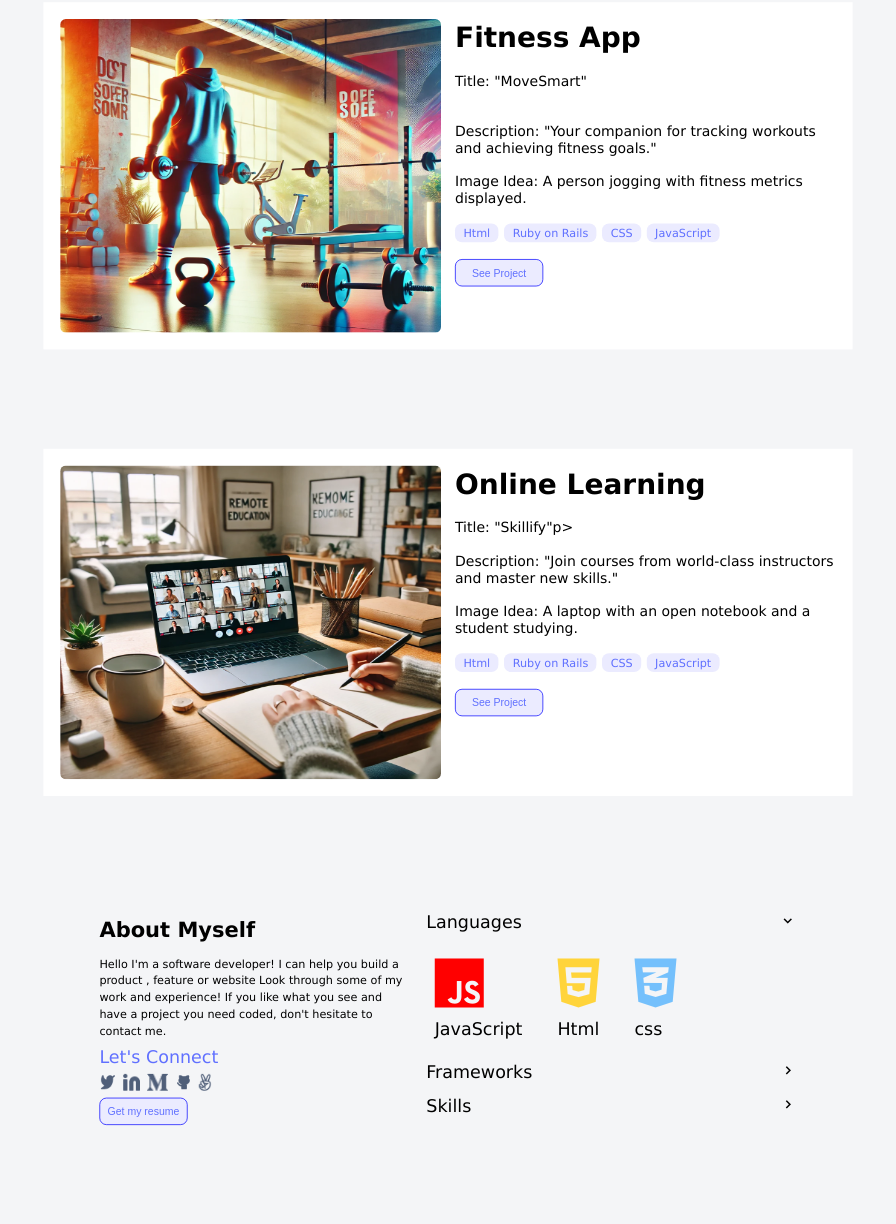
Repository: usman3123/portfolio-template-3
Page: portfolio.html
The author's editor kept a copy of each file at every save. The page is drawn from the files as they stood at one save, then again after the next save.
The browser window is 1280 px wide. The pictures show the part of the page from y = 2143 to 4063 px (the page is 3892 px tall before and 4063 px after), at 70% of full size.
Some web libraries are served in a nearby version.

Above is the page before, as saved 2025-01-27 11:06:06.
Not found: index.js

### portfolio.html
<!DOCTYPE html>
<html lang="en">
<head>
  <meta charset="UTF-8">
  <meta name="viewport" content="width=device-width, initial-scale=1.0">
  <title>project 2</title>
  <link rel="stylesheet" href="style.css">
  <link href='https://unpkg.com/boxicons@2.1.4/css/boxicons.min.css' rel='stylesheet'>
  <link rel="stylesheet" href="https://cdnjs.cloudflare.com/ajax/libs/font-awesome/6.6.0/css/all.min.css" integrity="sha512-Kc323vGBEqzTmouAECnVceyQqyqdsSiqLQISBL29aUW4U/M7pSPA/gEUZQqv1cwx4OnYxTxve5UMg5GT6L4JJg==" crossorigin="anonymous" referrerpolicy="no-referrer" />
  <link rel="stylesheet" href="https://cdnjs.cloudflare.com/ajax/libs/font-awesome/6.6.0/css/all.min.css" integrity="sha512-Kc323vGBEqzTmouAECnVceyQqyqdsSiqLQISBL29aUW4U/M7pSPA/gEUZQqv1cwx4OnYxTxve5UMg5GT6L4JJg==" crossorigin="anonymous" referrerpolicy="no-referrer" />

  <link rel="stylesheet" href="https://cdnjs.cloudflare.com/ajax/libs/font-awesome/6.7.2/css/all.min.css">
  <link rel="preconnect" href="https://fonts.googleapis.com">
<link rel="preconnect" href="https://fonts.gstatic.com" crossorigin>
<link href="https://fonts.googleapis.com/css2?family=Poppins:ital,wght@0,100;0,200;0,300;0,400;0,500;0,600;0,700;0,800;0,900;1,100;1,200;1,300;1,400;1,500;1,600;1,700;1,800;1,900&display=swap" rel="stylesheet">
</head>

<body>
<section class="webpage">
  <!-- Navbar -->

 <div class="hero-page">
  <div class="header-div">
    <nav class="nav-bar flex">
        <h4 class="nav-heading">My Logo</h4>
        <div class="nav-links flex">
            <a href="#myportfolio" class="link">Portfolo</a>
            <a href="myabout" class="link">About</a>
            <a href="mycontact" class="link" >Contact</a>
        </div>
        <i class="fa-solid fa-light fa-bars fa-xl " id="nav-icon"></i>
    </nav>
</div>

  <!-- Main Content -->
  <section id="myportfolio" class="hero-section flex">
    <div class="hero-content flex">
        <h1 class="hero-head"> I'm USMAN!
          Glad to see you.
      </h1>
      <p class="hero-p">
         I'm a software developer! I can help you build a product , feature or website Look through  some of my work and experience! If you like what you see and have a project you need coded, don’t hesitate to contact me.
      </p>
     <p class="let-connect"> LET'S CONNECT</p>

      <div class="icons flex">
          <img src="/assets/twitter.png" class="media-icon">
          <img src="assets/Linkedin.png" class="media-icon">
          <img src="assets/M.png" class="media-icon">
          <img src="assets/Github.png" class="media-icon">
          <img src="assets/V.png" class="media-icon">
      </div>
    </div>
  </section>

 </div>
  <!-- Cards Section -->

  <section class="cards flex">
    <div class="card flex">
      <img class="card-img" src="/assets/card-1img.webp" alt="CARD_!_IMG">
      <div class="card-content flex">
        <h2 class="card-head">Technology Blog</h2>
        <p class="content-p">Title: "Innovating the Future"</p>
        <p class="content-sp">Description: "Explore groundbreaking advancements in AI and robotics shaping tomorrow."</p>
        <p class="content-p">Image Idea: A futuristic image showing AI robots collaborating with humans.</p>
        <div class="languages flex">
          <p class="lang">Html</p>
          <p class="lang">CSS</p>
          <p class="lang">JavaScript</p>
        </div>
        <button class="content-btn">See Project</button>
      </div>
    </div>
    <div class="card flex">
      <img class="card-img" src="/assets/card-2img.webp" alt="CARD_!_IMG">
      <div class="card-content flex">
        <h2 id="photo-head">Photography Portfolio</h2>
        <p class="content-p">Title: "Lens Stories"<p>
        <p class="content-sp">Description: "A collection of awe-inspiring moments captured around the globe."</p>
        <p class="content-p">Image Idea: A scenic view of mountains or a person with a camera.
        </p>
        <div class="languages flex">
          <p class="lang">Html</p>
          <p class="lang">Ruby on Rails</p>
          <p class="lang">CSS</p>
          <p class="lang">JavaScript</p>
        </div>
        <button class="content-btn">See Project</button>
      </div>
    </div>
    <div class="card flex">
      <img class="card-img" src="/assets/card-3img.webp" alt="CARD_!_IMG">
      <div class="card-content flex">
        <h2 class="card-head">Fitness App</h2>
        <p class="content-p">Title: "MoveSmart"<p>
        <p class="content-sp">Description: "Your companion for tracking workouts and achieving fitness goals."</p>
        <p class="content-p">Image Idea: A person jogging with fitness metrics displayed.</p>
        <div class="languages flex">
          <p class="lang">Html</p>
          <p class="lang">Ruby on Rails</p>
          <p class="lang">CSS</p>
          <p class="lang">JavaScript</p>
        </div>
        <button class="content-btn">See Project</button>
      </div>
    </div>
    <div class="card flex">
      <img class="card-img" src="/assets/card-4img.webp" alt="CARD_!_IMG">
      <div class="card-content flex">
        <h2 class="card-head">Online Learning</h2>
        <p class="content-p">Title: "Skillify"p>
        <p class="content-sp">Description: "Join courses from world-class instructors and master new skills."</p>
        <p class="content-p">Image Idea: A laptop with an open notebook and a student studying.</p>
        <div class="languages flex">
          <p class="lang">Html</p>
          <p class="lang">Ruby on Rails</p>
          <p class="lang">CSS</p>
          <p class="lang">JavaScript</p>
        </div>
        <button class="content-btn">See Project</button>
      </div>
    </div>
  </section>


   <!-- ABOUT MYSELF -->

   <section id="myabout" class="about flex">

    <div class="about-intro flex">
      <h1 class="about-head">About Myself</h1>
      <p class="about-paragraph">Hello I'm a software developer! I can help you build a product , feature or website Look through some of my work and experience! If you like what you see and have a project you need coded, don't hesitate to contact me.</p>
        <p class="connect">Let's Connect</p>
        <div class="icons flex icon-gap">
          <img src="assets/twitter.png" class="twitter">
          <img src="assets/Linkedin.png" class="inimage">
          <img src="assets/M.png" class="mimage">
          <img src="assets/Github.png" class="tomimage">
          <img src="assets/V.png" class="protocol">
      </div>
      <button class="content-btn rsm-btn"> Get my resume</button>
    </div>

    <div class="about-skills flex">
      <div class="about-all flex">
        <p>Languages</p>
        <i class='bx bx-chevron-down'></i>
      </div>
      <div class="about-lang flex">
        <div class="about-lang-img flex">
          <i class="fa-brands fa-js sty-i" style="color: #ff0000;"></i>
          <p>JavaScript</p>
        </div>
        <div class="about-lang-img flex">
          <i class="fa-brands fa-html5 sty-i" style="color: #FFD43B;"></i>
          <p>Html</p>

        </div>
        <div class="about-lang-img flex">
          <i class="fa-brands fa-css3-alt sty-i" style="color: #74C0FC;"></i>
          <p>css</p>
        </div>
      </div>
      <div class="about-all flex">
        <p> Frameworks</p>
        <i class='bx bx-chevron-right'></i>
      </div>
      <div class="about-all flex">
        <p>Skills</p>
        <i class='bx bx-chevron-right'></i>
        </div>
        </div>
  </section>
        <!-- <div class="contact-section flex">
            <h4 class="contact-paragraph">I'm always interested in hearing about new projects, so if you'd like to chat please get in touch.</h4>
            <form action="submit-form" class="contact-form flex">
                <div class="names flex">
                    <input type="text" placeholder="Full name" class="first-name">
                    <input type="text" placeholder="last name" class="last-name">
      </div>
        <div class="contact-section flex">
            <h4 class="contact-paragraph">I'm always interested in hearing about new projects, so if you'd like to chat please get in touch.</h4>
            <form action="submit-form" class="contact-form flex">
                <div class="names flex">
                    <input type="text" placeholder="Full name" class="first-name">
                    <input type="text" placeholder="last name" class="last-name">
    </div>  -->

  <!-- Contact section -->

  <!-- <section id="mycontact" class="contact-section">
    <h1 class="contact-heading">Contact Me</h1>
    <p class="contact-description">
        If you have an application you are interested in developing, a feature that you need built, or a project that needs coding, I'd love to help with it!
    </p>
    <form class="contact-form">
        <input class="form-input" type="text" placeholder="Your Name">
        <input class="form-input" type="email" placeholder="Your Email">
        <textarea class="form-message" placeholder="Write your message here..."></textarea>
        <button class="form-button">Get in Touch</button>
    </form>

</section>

</main> -->
</section>

<script src="index.js"></script>
</body>
</html>

### style.css
*{
    margin: 0;
    padding: 0;
    box-sizing: border-box;
}

body {
    font-family: Verdana, Geneva, Tahoma, sans-serif;
    background-color: #f4f5f7;
    justify-content: center;
    display: flex
;
}

.flex {
    display: flex;
}

/* nav-bar */

.header-div {
    background-color: #3c3a39;
    width: 100%;
}

.nav-bar {
    justify-content: space-between;
    color: white;
    max-width: 1204px;
    align-items: center;
    padding: 10px 24px;
}

.nav-heading {
    font-size: 30px;
    padding-left: 120px;
}

.nav-links {
    gap: 40px;
    align-items: center;
    font-size: 25px;
    display: none;
}
.nav-icon {
    display: flex;
    width: 24px;
}


/* hero-section */

.hero-page {
    background-color: white;
    border-bottom-left-radius: 190px;
    background-image: url(/assets/Header\ bg@2x.png);
    background-size: contain;
    max-height: 846px;
    background-position: center;
    background-repeat: no-repeat;
    max-width: 1440px;
}
.hero-section {
    height: 846px;
    align-items: center;
    justify-content: center;
    padding-left: 20%;
}
.hero-content {
    flex-direction: column;
    gap: 20px;
}
.hero-head {
    font-size: 48px;
    font-weight: 700;
    width: 35%;
}

.hero-p {
    font-size: 25px;
    line-height: 28px;
    color: #344563;

    width: 73%;
}

.let-connect {
    color: #1d32f7;
    font-size: 20px;
    font-weight: 500;
    line-height: 24px;
}

.media-icon {
    height: 35px;
}

.icons {
    gap: 10px;
}

.nav-head {
    max-width: 1440px;
    width: 100%;
}
.enable {
    color: blue;
}
.link {
    color: white;
    text-decoration: none;
}

/* card-section */

.cards {
    flex-direction: column;
    align-items: center;
    gap:142px;
    padding: 24px;
}
.card {
    background-color: white;
    max-width: 1156px;
    max-height: 496px;
    width: 100%;
    padding: 24px;
    gap: 20px;
}
.card-img {
    max-width: 544px;
    width: 50%;
    border-radius:8px ;
}

.card-content {
    flex-direction: column;
    gap: 24px;
}

.card-head {
    font-size: 40px;
    font-weight: 700;
    line-height: 52px;
}
#photo-content {
    font-size: 40px;
    font-weight: 700;
    line-height: 52px;
}
.content-p {
    font-size: 20px;
    font-weight: 400;
    line-height: 24px;
}
.content-sp {
    font-size: 20px;
    font-weight: 400;
    line-height: 24px;
}

.languages {
    gap: 8px;
    align-items: center;
}

.lang {
    padding: 4px 12px;
    color: #6070ff;
    background-color: #ebebff;
    border-radius: 10px;
}

.content-btn {
    max-width: 126px;
    width: 100%;
    padding: 4px 12px;
    color: #6070ff;
    background-color: #ebebff;
    border-radius: 10px;
    padding: 10px;
    border: 1px solid blue;
    font-size: 15px;
}

/* about-section */

.about {
    padding: 142px;
    gap: 20px;
}

.about-intro {
    flex-direction: column;
    max-width: 447px;
    max-height: 311px;
    gap: 10px;
}

.about-head {
    font-size: 30px;
    font-weight: 700;
    line-height: 52px;
}
.about-paragraph {
    font-size: 16px;
    line-height: 24px;
}
.connect {
    color: #6070ff;
    font-size: 25px;
}

.about-skills {
    max-width: 684px;
    flex-direction: column;
    width: 100%;
    gap: 20px;
}

.about-all {
    justify-content: space-between;
    font-size: 25px;
}
.about-lang {
    gap: 50px;
    padding: 12px;
}
.about-lang-img {
    flex-direction: column;
    gap: 12px;
}
.sty-i {
    font-size: 80px;
}
.about-lang-img > p {
    font-size: 25px;
}









@media (max-width : 1100px) {
    .hero-head {
        width: 53%;
    }
    .card-head {
        font-size: 2rem;
    }
    #photo-head {
        font-size: 27px;
    }
    .content-p {
        font-size: 15px;
    }
    .content-sp {
        font-size: 15px;
        display: none;
    }
    .card-content {
        gap: 20px;
    }

}
@media (max-width :870px) {
    .card {
        flex-direction: column;
        max-height: 552px;
        padding: 16px;
    }
    .card {
        max-width: 327px;
    }
    .about {
        flex-direction: column;
    }

}
@media (max-width : 870px) {
    .hero-head {
        width: 100%;
    }
    .hero-section {
        padding: 24px;
    }
    .hero-p {
        width: 100%;
    }
    .card-img {
        width: 100%;
        height: 18vh;
    }
    .card-content {
        gap: 2px;
    }
}
@media (min-width : 700px) {
    .nav-links {
        display: flex;
    }
    #nav-icon {
        display: none;
    }

}
@media (min-width : 1441px) {
    .card-content {
        gap: 30px;
    }
}

After the next save:
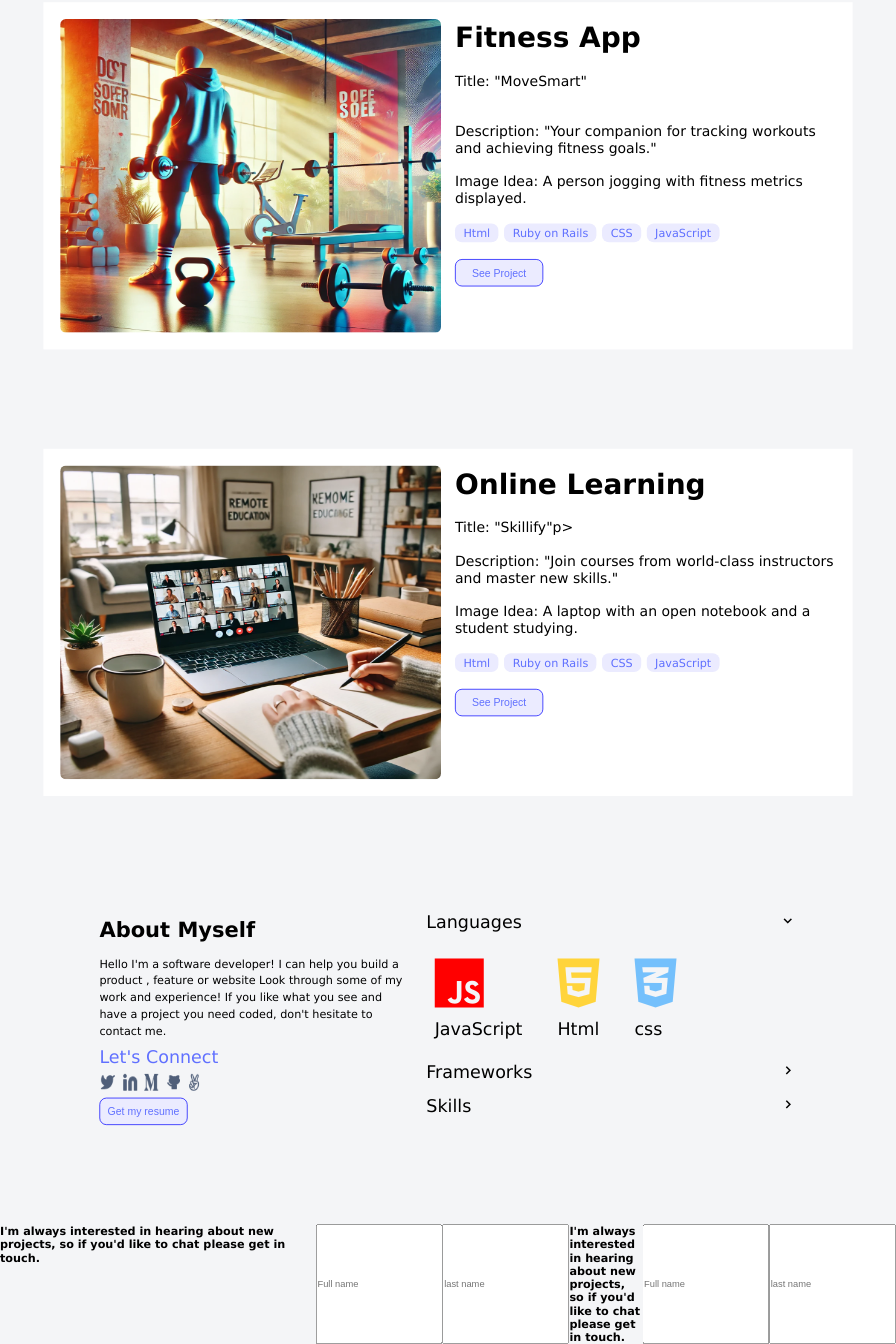
Saved 45 s later.
--- a/portfolio.html
+++ b/portfolio.html
@@ -172,20 +172,20 @@
         </div>
         </div>
   </section>
-        <!-- <div class="contact-section flex">
-            <h4 class="contact-paragraph">I'm always interested in hearing about new projects, so if you'd like to chat please get in touch.</h4>
-            <form action="submit-form" class="contact-form flex">
-                <div class="names flex">
-                    <input type="text" placeholder="Full name" class="first-name">
-                    <input type="text" placeholder="last name" class="last-name">
-      </div>
         <div class="contact-section flex">
             <h4 class="contact-paragraph">I'm always interested in hearing about new projects, so if you'd like to chat please get in touch.</h4>
             <form action="submit-form" class="contact-form flex">
                 <div class="names flex">
                     <input type="text" placeholder="Full name" class="first-name">
                     <input type="text" placeholder="last name" class="last-name">
-    </div>  -->
+      </div>
+        <div class="contact-section flex">
+            <h4 class="contact-paragraph">I'm always interested in hearing about new projects, so if you'd like to chat please get in touch.</h4>
+            <form action="submit-form" class="contact-form flex">
+                <div class="names flex">
+                    <input type="text" placeholder="Full name" class="first-name">
+                    <input type="text" placeholder="last name" class="last-name">
+    </div>
 
   <!-- Contact section -->
 
